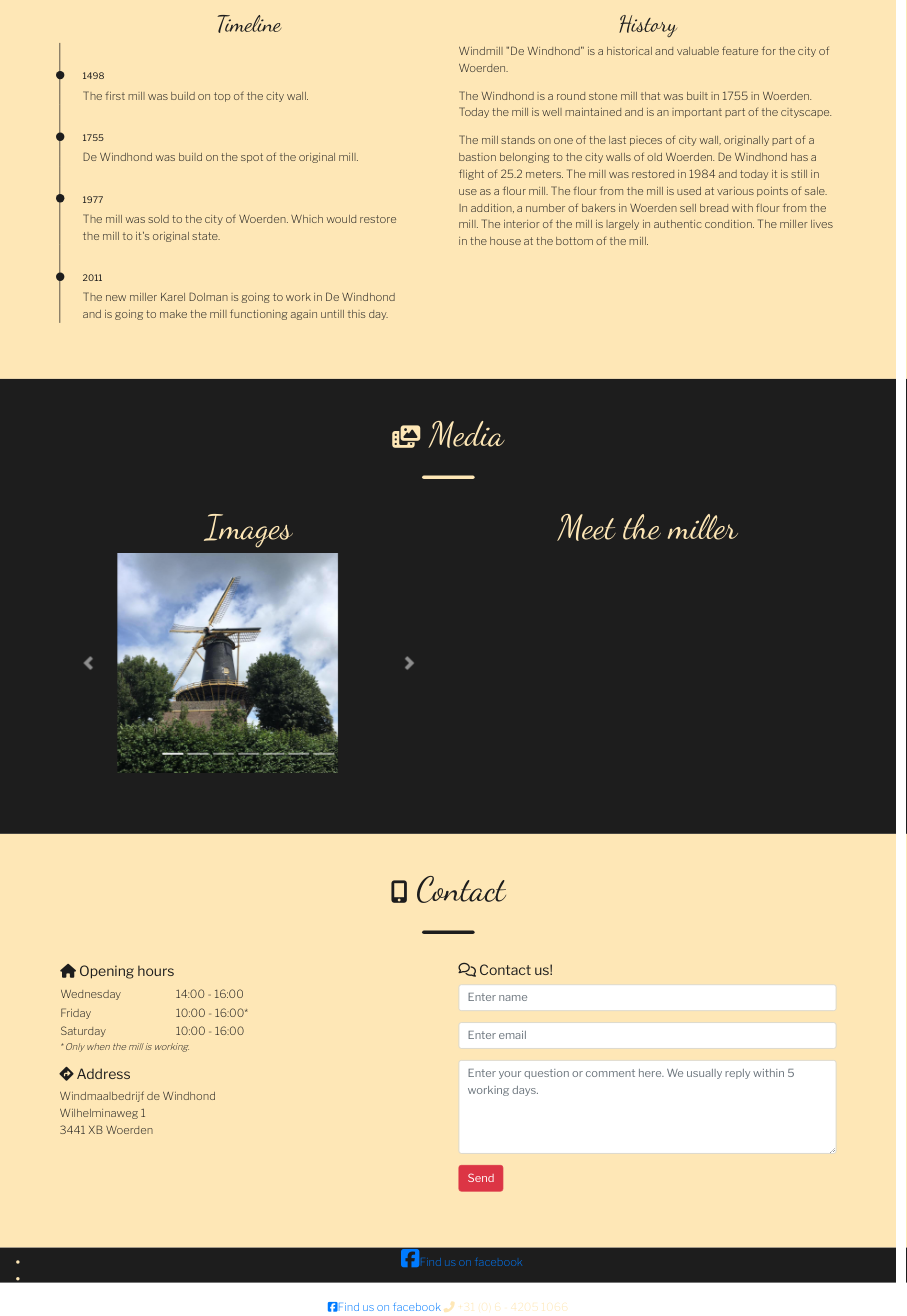
Repository: jdl208/DeWindhond
Page: index.html
The author's editor kept a record of every edit. The page is drawn from the files as they stood at one moment, then again after the next edit.
The browser window is 1280 px wide. The page is 1295 px wide, so the pictures cover 1295 px, including what lies to the right of the window. The pictures show the part of the page from y = 815 to 2695 px (the page is 2695 px tall), at 70% of full size.
Pictures or frames that could not be fetched are drawn as grey boxes. Some web libraries are served in a nearby version.

Above is the page before.

### index.html
<!DOCTYPE html>
<html lang="en">

<head>
    <meta charset="UTF-8">
    <meta name="viewport" content="width=device-width, initial-scale=1.0">
    <meta http-equiv="X-UA-Compatible" content="ie=edge">
    <title>Windmill "De Windhond"</title>
    <link rel="stylesheet" href="https://stackpath.bootstrapcdn.com/bootstrap/4.3.1/css/bootstrap.min.css" integrity="sha384-ggOyR0iXCbMQv3Xipma34MD+dH/1fQ784/j6cY/iJTQUOhcWr7x9JvoRxT2MZw1T" crossorigin="anonymous">
    <link href="https://fonts.googleapis.com/css?family=Dancing+Script:400,700&display=swap" rel="stylesheet">
    <link rel="stylesheet" href="assets/css/style.css" type="text/css" />

</head>

<body>

    <!-- Header and Navigation-->

    <header class="jumbotron" id="home">
        <nav class="navbar fixed-top navbar-expand-lg navbar-light">
            <div class="navbar-brand" href="#"></div>
            <button class="navbar-toggler" type="button" data-toggle="collapse" data-target="#navbarTogglerDemo02" aria-controls="navbarTogglerDemo02" aria-expanded="false" aria-label="Toggle navigation">
                <span class="navbar-toggler-icon"></span>
            </button>

            <div class="collapse navbar-collapse" id="navbarTogglerDemo02">
                <ul class="navbar-nav ml-auto mt-2 mt-lg-0">
                    <li class="nav-item ml-auto nav--link">
                        <a class="nav-link" href="#home"><strong>Home</strong><span class="sr-only">(current)</span></a>
                    </li>
                    <li class="nav-item ml-auto nav--link">
                        <a class="nav-link" href="#about"><strong>About</strong></a>
                    </li>
                    <li class="nav-item ml-auto nav--link">
                        <a class="nav-link" href="#media"><strong>Media</strong></a>
                    </li>
                    <li class="nav-item ml-auto nav--link">
                        <a class="nav-link" href="#contact"><strong>Contact</strong></a>
                    </li>
                </ul>
            </div>
        </nav>
        <h1 class="name">"De Windhond"</h1>
    </header>

    <!-- About -->

    <section class="light-bg sectioncontainer" id="about">
        <div class="container about">
            <h2><i class="far fa-list-alt media-icon"></i> About</h2>
            <hr class="block-divider dark-divider">

            <div class="row">
                <div class="col-md-6">
                    <h4>Timeline</h4>
                    <div class="history-items">
                        <div class="timeline-item" data-dates="1498">
                            <p>The first mill was build on top of the city wall.</p>
                        </div>
                        <div class="timeline-item" data-dates="1755">
                            <p>De Windhond was build on the spot of the original mill.</p>
                        </div>
                        <div class="timeline-item" data-dates="1977">
                            <p>The mill was sold to the city of Woerden. Which would restore the mill to it's original state.</p>
                        </div>
                        <div class="timeline-item" data-dates="2011">
                            <p>The new miller Karel Dolman is going to work in De Windhond and is going to make the mill functioning again untill this day.</p>
                        </div>
                    </div>
                </div>
                <div class="col-md-6">
                    <hr class="block-divider dark-divider d-md-none">
                    <h4>History</h4>

                    <p>Windmill "De Windhond" is a historical and valuable feature for the city of Woerden.</P>
                    <p>The Windhond is a round stone mill that was built in 1755 in Woerden. Today the mill is well maintained and is an important part of the cityscape.</p>
                    <p>The mill stands on one of the last pieces of city wall, originally part of a bastion belonging to the city walls of old Woerden. De Windhond has a flight of 25.2 meters. The mill was restored in 1984 and today it is still in use as
                        a flour mill. The flour from the mill is used at various points of sale. In addition, a number of bakers in Woerden sell bread with flour from the mill. The interior of the mill is largely in authentic condition. The miller lives
                        in the house at the bottom of the mill.
                    </p>
                </div>
            </div>
        </div>

    </section>

    <!-- Media section-->

    <section id="media" class="dark-bg mediabox">
        <div class="container sectioncontainer ">
            <H2><i class="fas fa-photo-video media-icon"></i> Media</H2>
            <hr class="block-divider yellow-divider">
            <div class="row">
                <div class="col-md-6 imagebox">
                    <h3>Images</h3>
                    <div id="carouselExampleIndicators" class="carousel slide mediacarroussel" data-ride="carousel">
                        <ol class="carousel-indicators">
                            <li data-target="#carouselExampleIndicators" data-slide-to="0" class="active"></li>
                            <li data-target="#carouselExampleIndicators" data-slide-to="1"></li>
                            <li data-target="#carouselExampleIndicators" data-slide-to="2"></li>
                            <li data-target="#carouselExampleIndicators" data-slide-to="3"></li>
                            <li data-target="#carouselExampleIndicators" data-slide-to="4"></li>
                            <li data-target="#carouselExampleIndicators" data-slide-to="5"></li>
                            <li data-target="#carouselExampleIndicators" data-slide-to="6"></li>
                        </ol>
                        <div class="carousel-inner">
                            <div class="carousel-item active">
                                <img src="assets/images/img1.jpg" class="d-block" alt="...">
                            </div>
                            <div class="carousel-item">
                                <img src="assets/images/img2.jpg" class="d-block" alt="...">
                            </div>
                            <div class="carousel-item">
                                <img src="assets/images/img3.jpg" class="d-block" alt="...">
                            </div>
                            <div class="carousel-item">
                                <img src="assets/images/img4.jpg" class="d-block" alt="...">
                            </div>
                            <div class="carousel-item">
                                <img src="assets/images/img5.jpg" class="d-block" alt="...">
                            </div>
                            <div class="carousel-item">
                                <img src="assets/images/img6.jpg" class="d-block" alt="...">
                            </div>
                            <div class="carousel-item">
                                <img src="assets/images/img7.jpg" class="d-block" alt="...">
                            </div>
                        </div>
                        <a class="carousel-control-prev" href="#carouselExampleIndicators" role="button" data-slide="prev">
                        <span class="carousel-control-prev-icon" aria-hidden="true"></span>
                        <span class="sr-only">Previous</span>
                    </a>
                        <a class="carousel-control-next" href="#carouselExampleIndicators" role="button" data-slide="next">
                        <span class="carousel-control-next-icon" aria-hidden="true"></span>
                        <span class="sr-only">Next</span>
                    </a>
                    </div>
                </div>
                <div class="col-md-6">
                    <hr class="block-divider yellow-divider d-md-none">
                    <h3>Meet the miller</h3>
                    <iframe width="100%" height="315" src="https://www.youtube.com/embed/lAjF5r5rAqM" frameborder="0" allow="accelerometer; autoplay; encrypted-media; gyroscope; picture-in-picture" allowfullscreen></iframe>
                </div>
            </div>
        </div>
    </section>

    <!-- Contact-->

    <section id="contact" class="sectioncontainer light-bg">
        <div class="container">
            <h2><i class="fas fa-mobile-alt media-icon"></i> Contact</h2>
            <hr class="block-divider dark-divider">
            <div class="row">
                <div class="col-md-6 contact_visiting">
                    <table>
                        <th>
                            <h5><i class="fas fa-home"></i> Opening hours</h5>
                        </th>
                        <tr>
                            <td>Wednesday</td>
                            <td>14:00 - 16:00</td>
                        </tr>
                        <tr>
                            <td>Friday</td>
                            <td>10:00 - 16:00*</td>
                        </tr>
                        <tr>
                            <td>Saturday</td>
                            <td>10:00 - 16:00</td>
                        </tr>

                    </table>
                    <p class="footnote_opening">* Only when the mill is working.</p>
                    <h5 class=""> </h5>
                    <h5><i class="fas fa-directions"></i> Address</h5>
                    <p>Windmaalbedrijf de Windhond<br> Wilhelminaweg 1<br> 3441 XB Woerden
                    </p>

                </div>

                <div class="col-md-6">
                    <h5><i class="far fa-comments"></i> Contact us!</h5>
                    <div class="form-group">
                        <input type="text" class="form-control" placeholder="Enter name" required>
                    </div>
                    <div class="form-group">
                        <input type="email" class="form-control" placeholder="Enter email" required>
                    </div>
                    <div class="form-group">
                        <textarea class="form-control" rows="5" Placeholder="Enter your question or comment here. We usually reply within 5 working days." required></textarea>
                    </div>
                    <button type="submit" class="btn btn-primary btn-danger">Send</button>
                    </form>
                </div>
            </div>

    </section>

    <footer class="dark-bg">
        <div class="row footer">
            <div class="col-12">
                <ul>
                    <li><a href="https://www.facebook.com/windmaalbedrijfdewindhond?pnref=story"><i class="fab fa-facebook-square"></i>Find us on facebook</a></li>
                    <li></li>
                </ul>
                <a href="https://www.facebook.com/windmaalbedrijfdewindhond?pnref=story"><i class="fab fa-facebook-square"></i>Find us on facebook</a>
                <span><i class="fas fa-phone-alt"></i> +31 (0) 6 - 4205 1066</span>
            </div>
        </div>
    </footer>

    <script src="https://code.jquery.com/jquery-3.3.1.slim.min.js" integrity="sha384-q8i/X+965DzO0rT7abK41JStQIAqVgRVzpbzo5smXKp4YfRvH+8abtTE1Pi6jizo" crossorigin="anonymous"></script>
    <script src="https://cdnjs.cloudflare.com/ajax/libs/popper.js/1.14.7/umd/popper.min.js" integrity="sha384-UO2eT0CpHqdSJQ6hJty5KVphtPhzWj9WO1clHTMGa3JDZwrnQq4sF86dIHNDz0W1" crossorigin="anonymous"></script>
    <script src="https://stackpath.bootstrapcdn.com/bootstrap/4.3.1/js/bootstrap.min.js" integrity="sha384-JjSmVgyd0p3pXB1rRibZUAYoIIy6OrQ6VrjIEaFf/nJGzIxFDsf4x0xIM+B07jRM" crossorigin="anonymous"></script>
    <script src="https://kit.fontawesome.com/70761e8d6e.js"></script>

</body>

</html>

### assets/css/style.css
@import url('https://fonts.googleapis.com/css?family=Dancing+Script:400,700|Libre+Franklin:200,300,400&display=swap');

body {
    font-family: "Libre Franklin";
    font-weight: 200;
}

.sectioncontainer {
    padding-top: 50px;
    padding-bottom: 80px;
}

a,
a:hover {
    text-decoration: none;
}

/* ---------------------------------------------- Colors */

.dark-bg {
    color: #fee7b6;
    background-color: rgba(29, 29, 29, 1);
}

.light-bg {
    background-color: #fee7b6;
    color: rgb(29, 29, 29);
}

.block-divider {
    width: 75px;
    height: 5px;
    border: 0;
    border-radius: 15px;
    margin-top: 30px;
    margin-bottom: 40px;
}

.yellow-divider {
    background-color: #fee7b6;
}

.dark-divider {
    background-color: rgb(29, 29, 29);
}

.light-link {
    color: #fee7b6;
}



/* ---------------------------------------------- Headings */

h2,
h3,
h4 {
    font-family: "dancing script";
    text-align: center;
    font-size: 3rem;
}

h4 {
    font-size: 2rem;

}

.media-icon {
    font-size: 32px;
}

/* ---------------------------------------------- Header and navbar */

.navbar {
    background: none;
}

.navbar-light {
    color: rgba(29, 29, 29, 1);
}

.nav-link {
    background-color: rgba(254, 231, 182, 0.8);
    border-radius: 15px;
    width: 77px;
    margin-left: 10px;
    text-align: center;
    border: rgba(29, 29, 29, 1) 1px solid;

}

.navbar-toggler {
    background-color: rgba(254, 231, 182, 0.8);
    border: rgba(29, 29, 29, 1) 1px solid;
}

.jumbotron {
    height: 90vh;
    background: url(../images/bgjt.jpg);
    background-position: top;
    background-size: cover;
    background-repeat: no-repeat;
    margin-bottom: 0;
}

.name {
    background-color: rgba(254, 231, 182, 0.8);
    color: rgba(29, 29, 29, 0.8);
    border: rgba(29, 29, 29, 0.8) solid 2px;
    height: 100px;
    width: 400px;
    max-width: 75vw;
    padding-top: 25px;
    border-radius: 100%;
    margin: auto;
    margin-top: 10vh;
    text-align: center;
    font-family: "dancing script";
}

/* ---------------------------------------------- About */

.history-heading {
    margin-bottom: 50px;
}

.timeline-item {
    padding: 4em 2em 0em 2em;
    position: relative;
    border-left: 1px solid;
}

.timeline-item p {
    padding: 0;
    margin: 0;
}

.timeline-item:before {
    content: attr(data-dates);
    position: absolute;
    left: 2.5em;
    top: 3em;
    display: block;
    font-weight: 500;
    font-size: 0.8em;
    padding: 0;
    margin: 0;
}

.timeline-item:after {
    width: 12px;
    height: 12px;
    display: block;
    top: 2.5em;
    position: absolute;
    left: -6px;
    border-radius: 12px;
    content: '';
    background: rgb(29, 29, 29);

}

/* ---------------------------------------------- Media */

.carousel-item {
    height: 315px;
}



.carousel-item img {
    margin: auto;
    height: 100%;
}

/* ---------------------------------------------- Contact */

.footnote_opening {
    font-size: smaller;
    font-style: italic;
}

/* ---------------------------------------------- Footer */

.footer {
    height: 50px;
    text-align: center;
}

.footerlist {
    list-style-type: none;
}

.list-item-footer {
    display: inline-block;
    color: #fee7b6;
    padding-top: 8px;
    margin-left: 20px;
}

footer li i {
    font-size: 30px;
}

After the next edit:
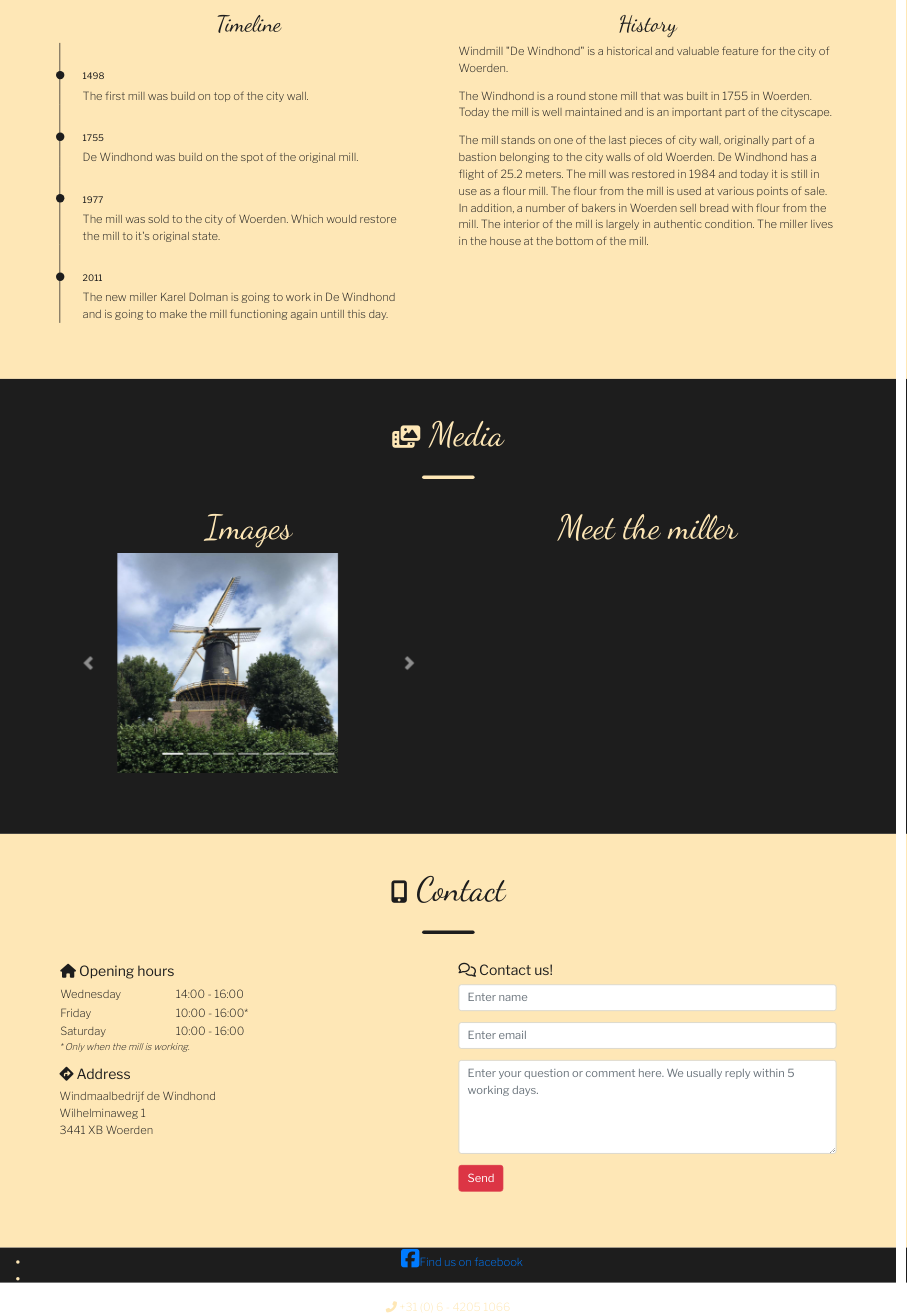
The edit:
--- a/index.html
+++ b/index.html
@@ -204,7 +204,6 @@
                     <li><a href="https://www.facebook.com/windmaalbedrijfdewindhond?pnref=story"><i class="fab fa-facebook-square"></i>Find us on facebook</a></li>
                     <li></li>
                 </ul>
-                <a href="https://www.facebook.com/windmaalbedrijfdewindhond?pnref=story"><i class="fab fa-facebook-square"></i>Find us on facebook</a>
                 <span><i class="fas fa-phone-alt"></i> +31 (0) 6 - 4205 1066</span>
             </div>
         </div>
